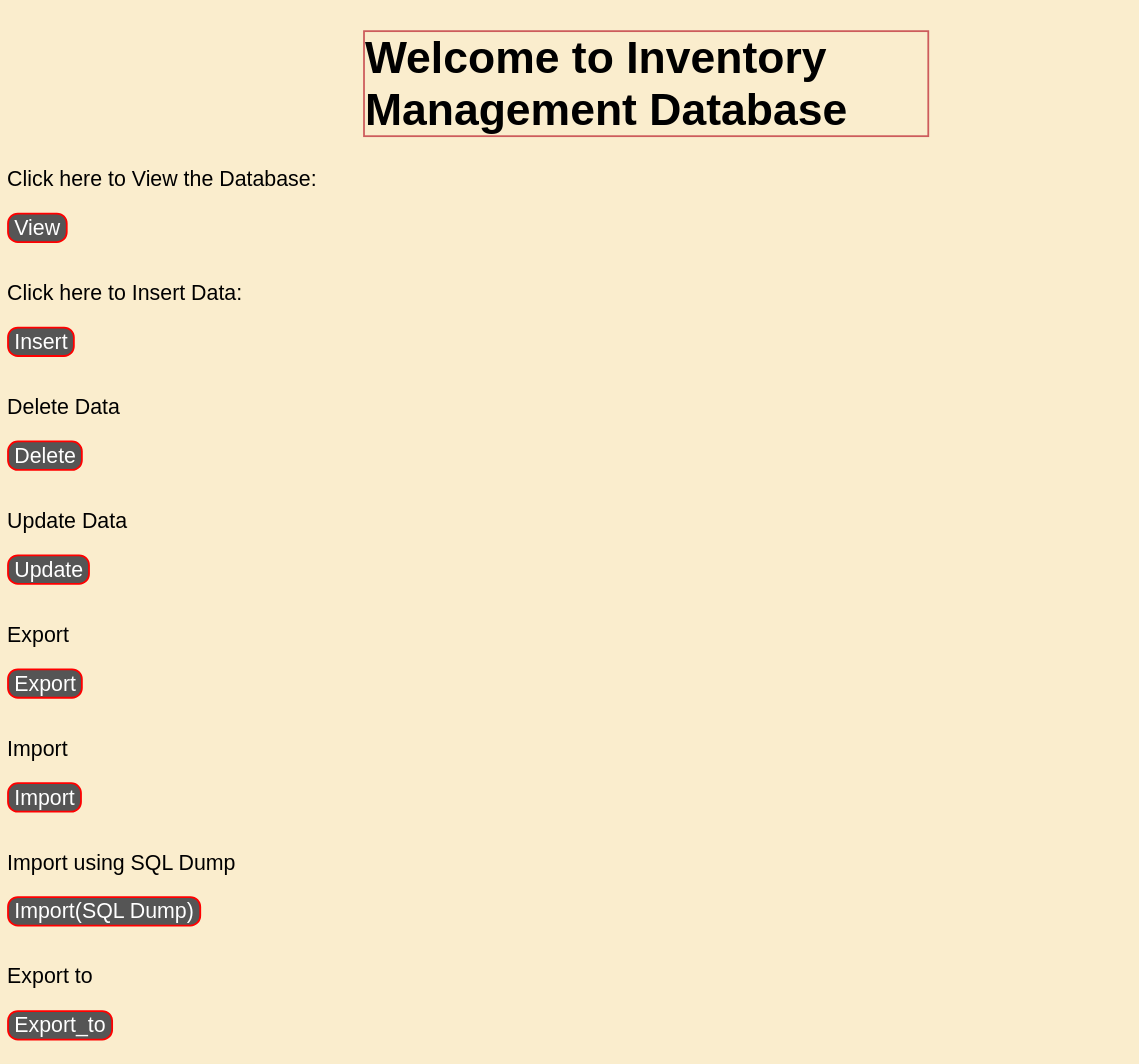
Repository: cyrusdwivedi2002/inventory-management-system
Page: DemoApp/src/main/webapp/Mainpage.html
The author's editor kept a copy of each file at every save. The page is drawn from the files as they stood at one save, then again after the next save.
The browser window is 1280 px wide. The pictures show the whole page, at 89% of full size.
Some web fonts or font styles are not loaded; a fallback is used.

Above is the page before, as saved 2022-06-24 18:39:04.

### DemoApp/src/main/webapp/Mainpage.html
<!DOCTYPE html>
<html>
<head>
<meta charset="ISO-8859-1">

<link rel="preconnect" href="https://fonts.googleapis.com">
<link rel="preconnect" href="https://fonts.gstatic.com" crossorigin>
<link href="https://fonts.googleapis.com/css2?family=Anek+Latin:wght@500&family=Smooch&display=swap" rel="stylesheet">

<style>
body {
background-color: #faedcd;
font-family: 'Anek Latin', sans-serif;
}
h1{
color: black;
width: 50%;
margin-left:8em;
border: 2px solid indianred;
font-size:50px;
}
p{
font-size:x-large;
}
button{
background-color: #555555;
color:white;
font-size: 24px;
border-radius: 12px;
border:2px solid red;
}
button:hover{
cursor:pointer;

}
</style>
<title>Inventory management System</title>
</head>
<body>
	<h1>Welcome to Inventory Management Database</h1>
	<p> Click here to View the Database: </p>
	<button type="button" form="form1"   onclick="window.location.href = 'view.html';">View</button>
	<br/><br/>
	<p> Click here to Insert Data: </p>
	<button type="button" form="form1"   onclick="window.location.href = 'insert.html';">Insert</button>
	<br/><br/>
	<p> Delete Data </p>
	<button type="button" form="form1"   onclick="window.location.href = 'delete.html';">Delete</button>
	<br/><br/>
	<p> Update Data </p>
	<button type="button" form="form1"   onclick="window.location.href = 'update.html';">Update</button>
	<br/><br/>
	<p> Export </p>
	<button type="button" form="form1"   onclick="window.location.href = 'export.html';">Export</button>
	<br/><br/>
	<p> Import </p>
	<button type="button" form="form1"   onclick="window.location.href = 'import.html';">Import</button>
	<br/><br/>
	<p> Import using SQL Dump</p>
	<button type="button" form="form1"   onclick="window.location.href = 'importdump.html';">Import(SQL Dump)</button>
	<br/><br/>
	<p> Export to</p>
	<button type="button" form="form1"   onclick="window.location.href = 'export.html';">Export_to</button>
	<br/><br/>

	</body>
</html>

After the next save:
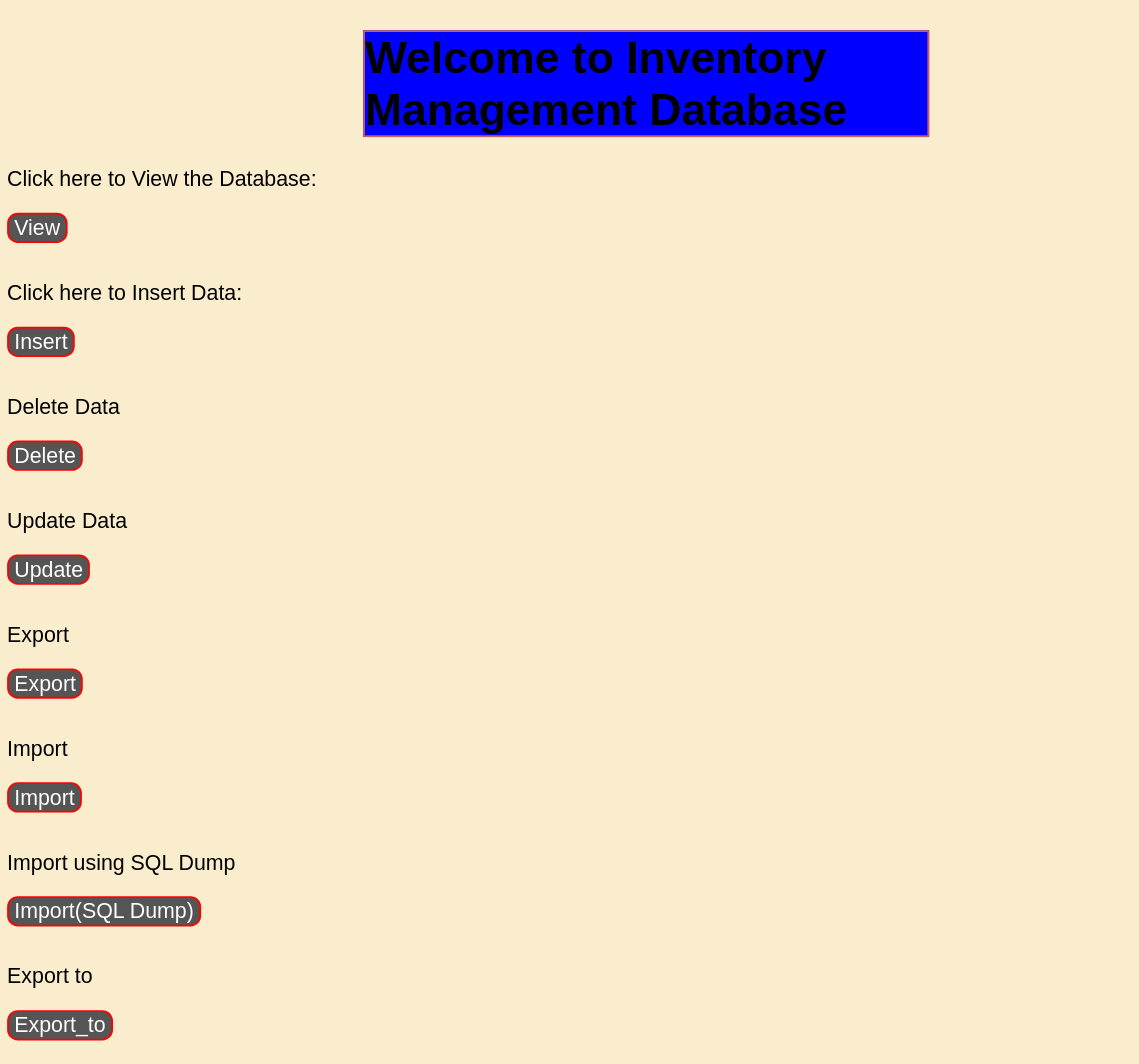
Saved 28 s later.
--- a/DemoApp/src/main/webapp/Mainpage.html
+++ b/DemoApp/src/main/webapp/Mainpage.html
@@ -14,6 +14,7 @@ font-family: 'Anek Latin', sans-serif;
 }
 h1{
 color: black;
+background-color:blue;
 width: 50%;
 margin-left:8em;
 border: 2px solid indianred;
